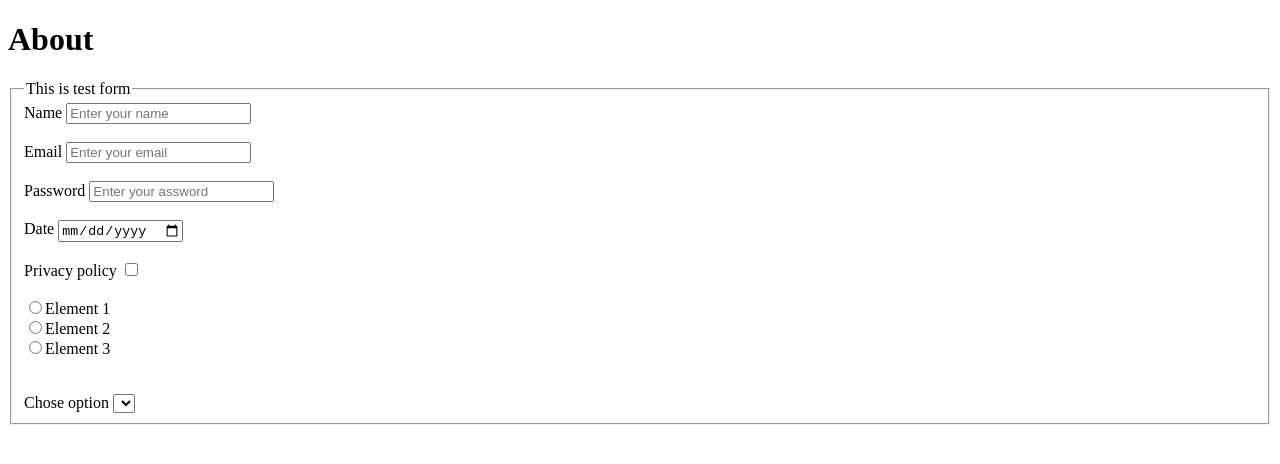
Repository: fisikusari/test-repo
Page: about.html
An editor plug-in stored every save of this project. The page is shown before and after the next save, followed by the edit.
The browser window is 1280 px wide. The pictures show the whole page.

Above is the page before, as saved 2021-11-11 19:28:40.

### about.html
<!DOCTYPE html>
<html lang="en">

<head>
  <meta charset="UTF-8">
  <meta http-equiv="X-UA-Compatible" content="IE=edge">
  <meta name="viewport" content="width=device-width, initial-scale=1.0">
  <title>About</title>
</head>

<body>
  <h1>About</h1>
  <!--Form Starts here-->
  <form action="">
    <!--Fieldset Starts here-->
    <fieldset>
      <legend>This is test form</legend>
      <label for="name">Name</label>
      <input type="text" id="name" name="emri" placeholder="Enter your name" /><br><br>
      <label for="email">Email</label>
      <input type="email" name="email" id="email" placeholder="Enter your email" /><br></br>
      <label for="password">Password</label>
      <input type="password" name="password" id="password" placeholder="Enter your assword"><br><br>
      <label for="date">Date</label>
      <input type="date" name="date" id="date"><br><br>
      <label for="privacy_policy">Privacy policy</label>
      <input type="checkbox" name="privacy_policy" id="privacy_policy"> <br></br>
      <label for="radio_item_1">
        <input type="radio" name="default_name" value="1">Element 1 <br>
        <input type="radio" name="default_name" value="2">Element 2 <br>
        <input type="radio" name="default_name" value="3">Element 3 <br>
      </label>
      <br> <br>
      <label for="options">Chose option</label>
      <select name="options" id="options"></select>
    </fieldset>
    <!--Fieldset Ends here-->
  </form>
  <!--Form Ends here-->
</body>

</html>

After the next save:
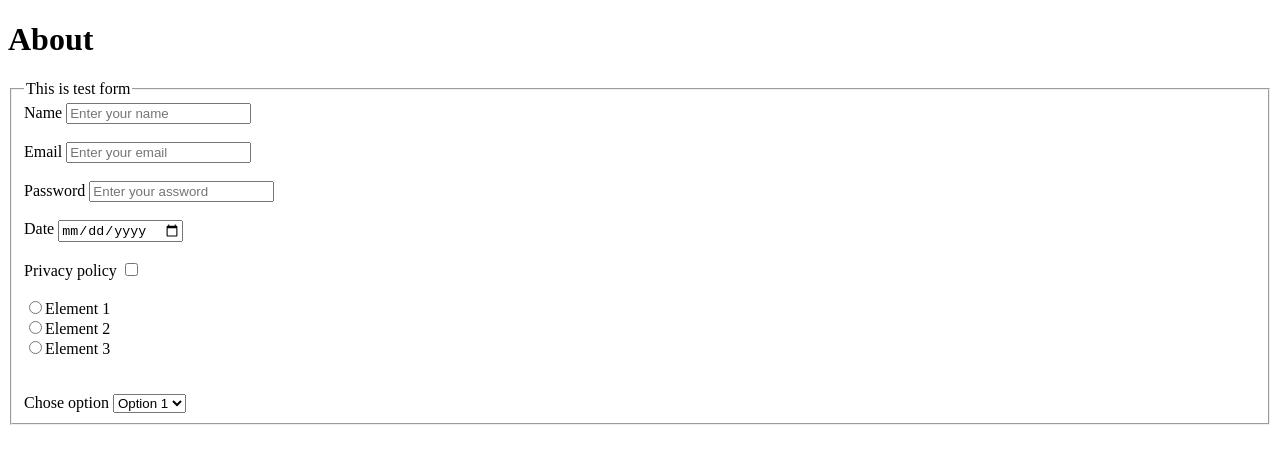
Saved 51 s later.
--- a/about.html
+++ b/about.html
@@ -32,7 +32,9 @@
       </label>
       <br> <br>
       <label for="options">Chose option</label>
-      <select name="options" id="options"></select>
+      <select name="options" id="options">
+        <option value="1">Option 1</option>
+      </select>
     </fieldset>
     <!--Fieldset Ends here-->
   </form>
